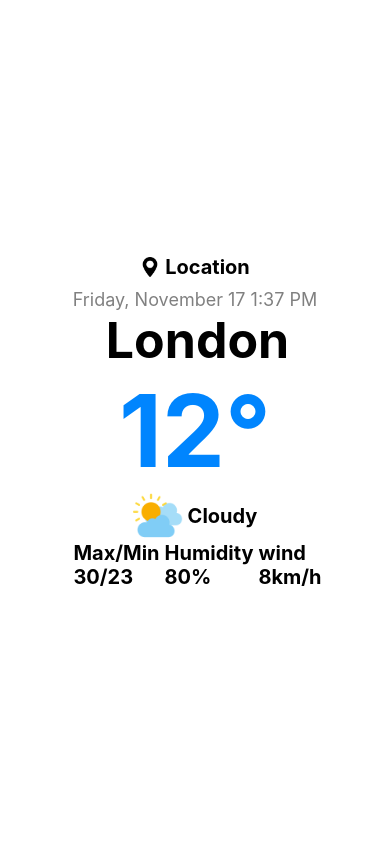
Repository: praveen080/react-native-weatherAppV1
Screen: /
An editor plug-in stored every save of this project. The screen is shown before and after the next save, followed by the edit.
The app was drawn by React Native's web renderer in a window 390 px wide. The project was rebuilt for these pictures with package versions that can differ from the ones it lists, and the page was loaded fresh each time. Also part of the build but not shown: Screens/startUp.js.

Above is the screen before, as saved 2023-11-17 13:52:06.

After the next save:
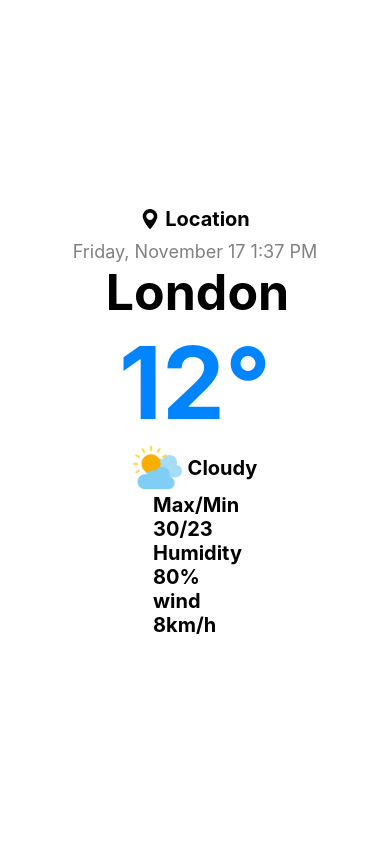
Saved 12 s later.
--- a/Screens/Home.js
+++ b/Screens/Home.js
@@ -42,7 +42,7 @@ const Home = () => {
         />
         <Text style={styles.locationText}>Cloudy</Text>
       </View>
-      <View style={styles.locationContainer}>
+      <View style={styles.locationContainer1}>
         <View>
           <Text style={styles.locationText}>Max/Min</Text>
           <Text style={styles.locationText}>30/23</Text>

After the 3 saves that followed:
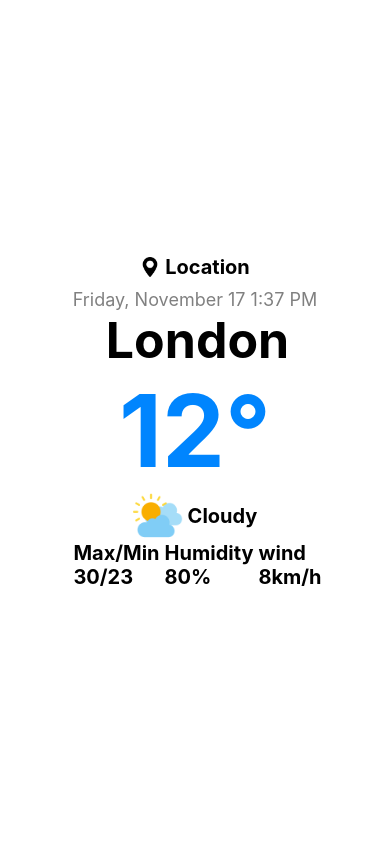
The 3 saves are shown as one change because they came seconds apart.
The last was saved 16 s later.
--- a/Screens/Home.js
+++ b/Screens/Home.js
@@ -72,6 +72,11 @@ export const styles = StyleSheet.create({
     flexDirection: "row",
     alignItems: "center",
   },
+  locationContainer1: {
+    flexDirection: "row",
+    alignItems: "center",
+
+  },
   locationText: {
     fontSize: 20,
     marginLeft: 5,
